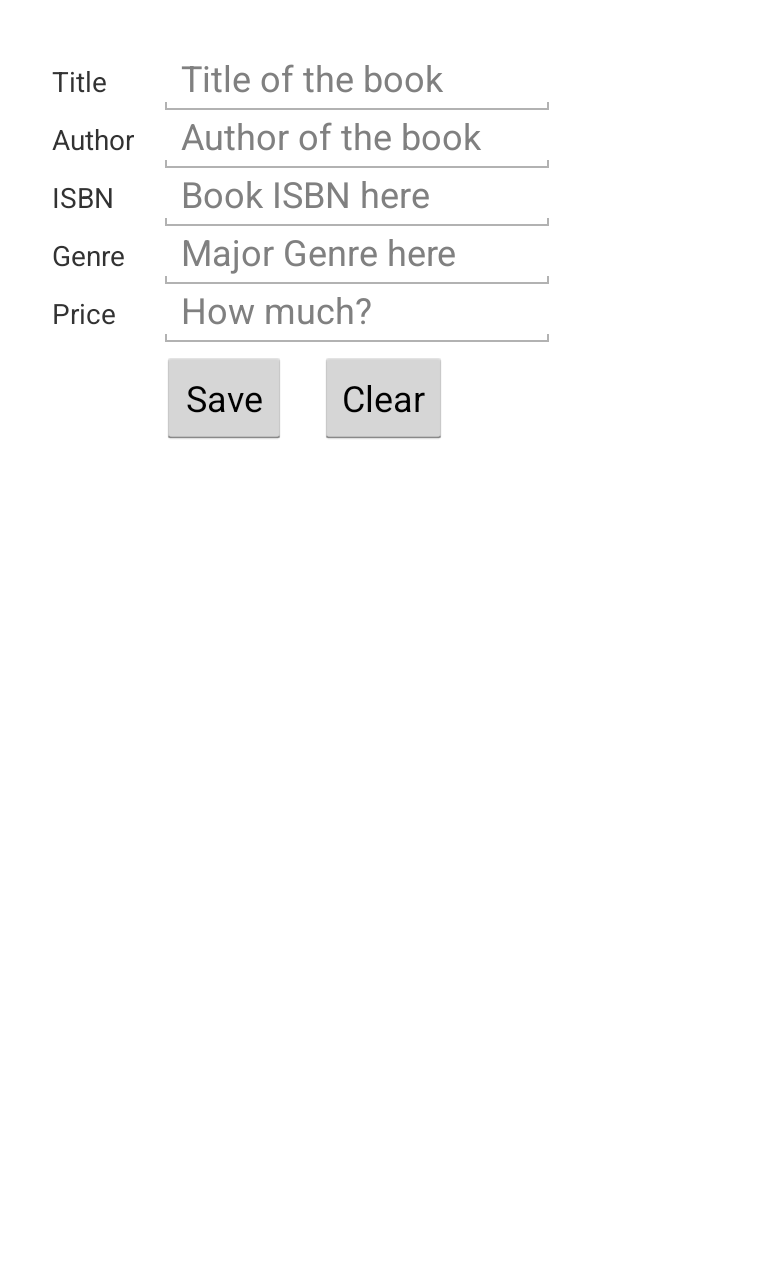
Repository: vamsiampolu/androidworkspace
Layout: MySecondContentprovider/res/layout/activity_main.xml
An editor plug-in stored every save of this project. The layout is shown before and after a run of saves, followed by the edit.
It is drawn on a 768 x 1280 px phone screen (xhdpi) without system bars, with theme AppTheme; the app's code is not run.

Above is the layout before, as saved 2013-05-02 17:22:06.

After the next 3 saves:
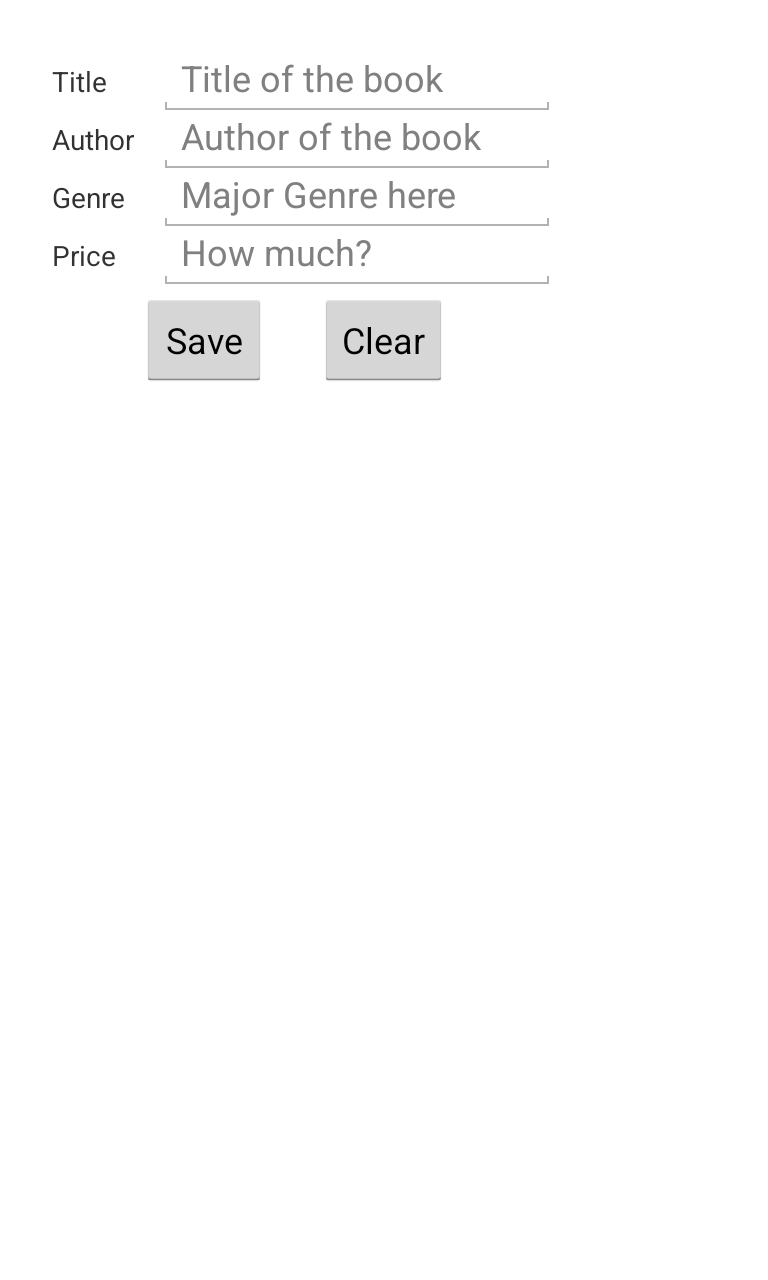
The 3 saves are shown as one change because 2 did not build or start.
The last was saved 3 min 9 s later.
--- a/MySecondContentprovider/res/layout/activity_main.xml
+++ b/MySecondContentprovider/res/layout/activity_main.xml
@@ -49,37 +49,25 @@
         	  android:layout_below="@id/edit_title"
         	  android:layout_alignLeft="@id/edit_title"
         	  android:layout_alignBaseline="@id/txt_author"
+        	  android:layout_marginTop="10dp"
         	  />
-    <TextView android:id="@+id/txt_isbn"
-        	  android:layout_width="wrap_content"
-        	  android:layout_height="wrap_content"
-        	  android:text="ISBN"
-        	  android:layout_below="@id/txt_author"
-        	  android:layout_marginTop="10dp"
-        	  android:layout_alignLeft="@id/txt_author"
-        	  />
-    <EditText android:id="@+id/edit_isbn"
-        	  android:layout_width="200dp"
-        	  android:layout_height="wrap_content"
-        	  android:hint="Book ISBN here"
-        	  android:layout_below="@id/edit_author"
-        	  android:layout_alignLeft="@id/edit_author"
-        	  android:layout_alignBaseline="@id/txt_isbn"
-        	  />
+
     <TextView android:id="@+id/txt_genre"
         	  android:layout_width="wrap_content"
         	  android:layout_height="wrap_content"
         	  android:text="Genre"
-        	  android:layout_below="@id/txt_isbn"
-        	  android:layout_alignLeft="@id/txt_isbn"
+        	  android:layout_below="@id/txt_author"
+        	  android:layout_alignLeft="@id/txt_author"
         	  android:layout_marginTop="10dp"/>
     <EditText android:id="@+id/edit_genre"
         	  android:layout_width="200dp"
         	  android:layout_height="wrap_content"
         	  android:hint="Major Genre here"
-        	  android:layout_below="@id/edit_isbn"
-        	  android:layout_alignLeft="@id/edit_isbn"
-        	  android:layout_alignBaseline="@id/txt_genre"/>
+        	  android:layout_below="@id/edit_author"
+        	  android:layout_alignLeft="@id/edit_author"
+        	  android:layout_alignBaseline="@id/txt_genre"
+        	  android:layout_marginTop="10dp"
+        	  />
     <TextView android:id="@+id/txt_price"
         	  android:layout_width="200dp"
         	  android:layout_height="wrap_content"
@@ -100,7 +88,7 @@
             android:text="Clear"
             android:layout_below="@id/edit_price"
             android:layout_centerHorizontal="true"
-            android:layout_marginLeft="10dp"
+            android:layout_marginLeft="20dp"
             android:onClick="onClickClear"/>
     <Button android:id="@+id/btn_save"
             android:layout_width="wrap_content"
@@ -110,6 +98,7 @@
             android:layout_toLeftOf="@id/btn_clear"
             android:layout_marginRight="5dp"
             android:onClick="onClickSave"
+            android:layout_marginTop="25dp"
             />
 </RelativeLayout>
 </ScrollView>
